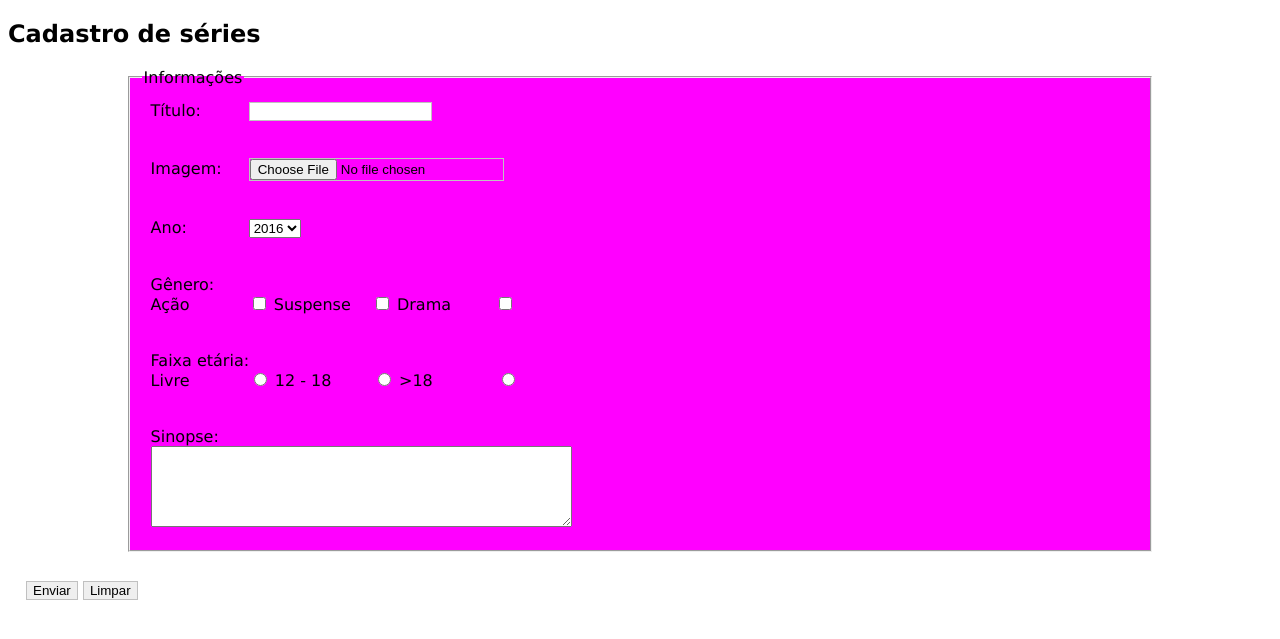
Repository: shamanickCoder/FIAP
Page: Desenvolvimentos de Sistemas Web/1 semestre/Javascript/CSS-AULAS/09-CSS/WebContent/cadastro.html
These files come from the project's save history. The page is drawn as it stood at one moment and after the next save; the edit follows.
The browser window is 1280 px wide. The pictures show the whole page.

Above is the page before, as saved 2016-03-30 12:02:28.

After the next save:
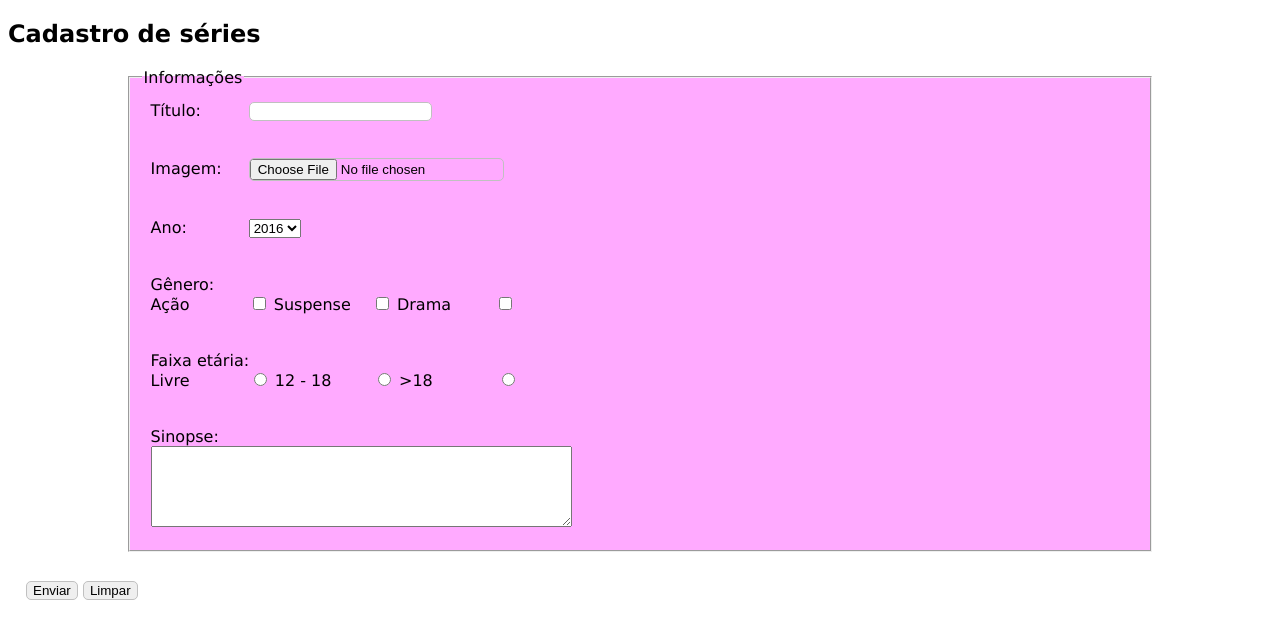
Saved 52 s later.
--- a/Desenvolvimentos de Sistemas Web/1 semestre/Javascript/CSS-AULAS/09-CSS/WebContent/estilo.css
+++ b/Desenvolvimentos de Sistemas Web/1 semestre/Javascript/CSS-AULAS/09-CSS/WebContent/estilo.css
@@ -5,7 +5,7 @@ body {
 	margin: 9px;
 }
 fieldset {
-	background-color: fuchsia;
+	background-color: #ffaaff;
 	width: 80%; /*largura*/
 	margin: auto; /*centralizar*/
 }
@@ -15,4 +15,5 @@ label {
 }
 input {
 	border: 1px solid silver; /*borda*/
+	border-radius: 5px; /*borda arredondada*/
 }
